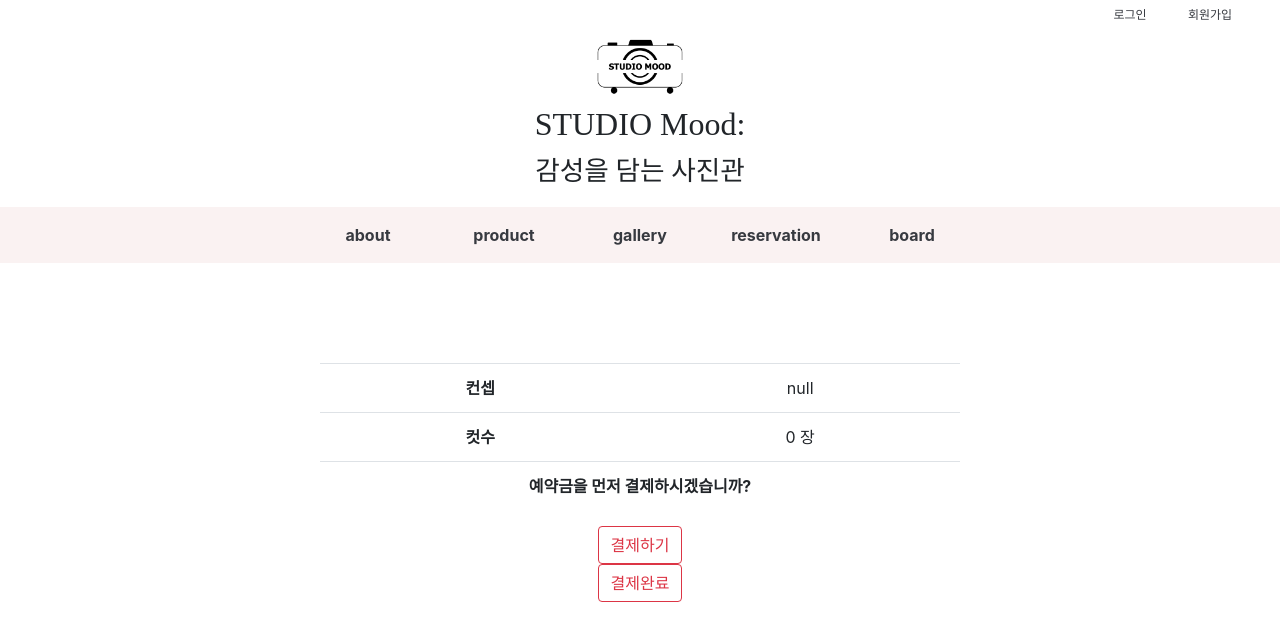
Repository: seugju/HSDsemi
Page: http://localhost/studioMood/payment
The author's editor kept a copy of each file at every save. The page is drawn from the files as they stood at one save, then again after the next save.
The browser window is 1280 px wide. The pictures show the whole page.
Some web fonts or font styles are not loaded; a fallback is used. The page is served by Tomcat 9. Queries for data that is not in the repository find no rows.

Above is the page before, as saved 2020-12-02 08:01:21.

After the next save:
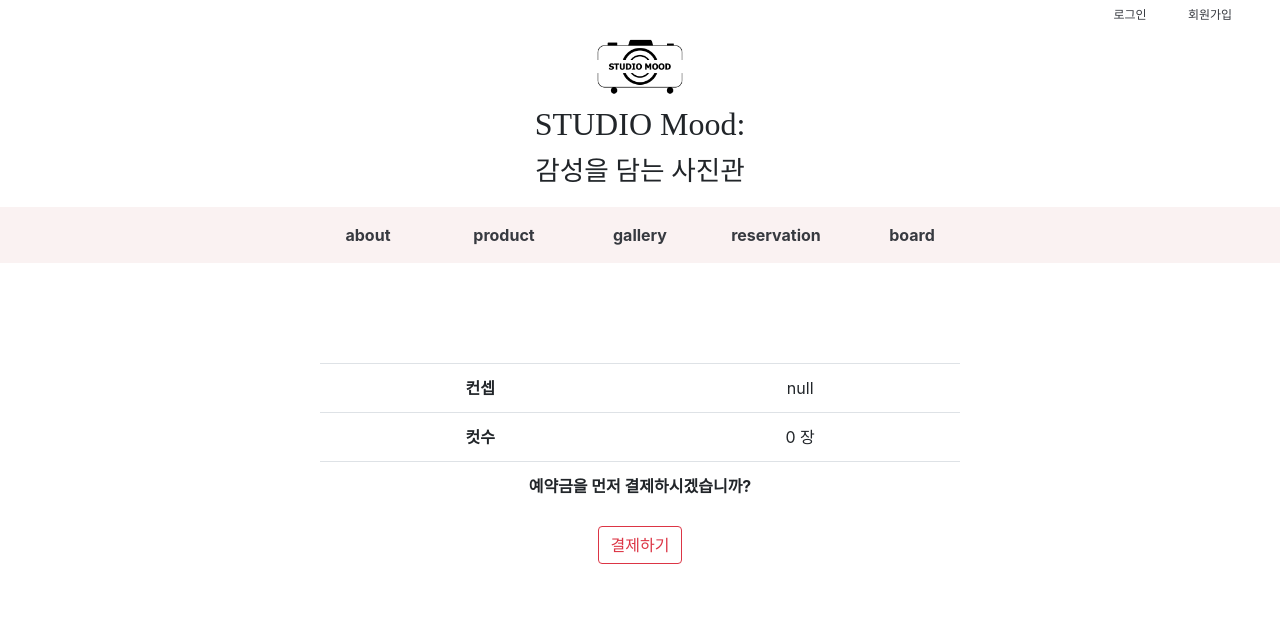
Saved 43 s later.
--- a/project-workspace/studioMood/WebContent/WEB-INF/views/pay/pay.jsp
+++ b/project-workspace/studioMood/WebContent/WEB-INF/views/pay/pay.jsp
@@ -16,9 +16,9 @@
 </head>
 
 <style>
-/* #chk{
+ #chk{
 	display: none;
-} */
+}
 </style>
 <body>
 	<%@ include file="/WEB-INF/views/common/header.jsp"%>
